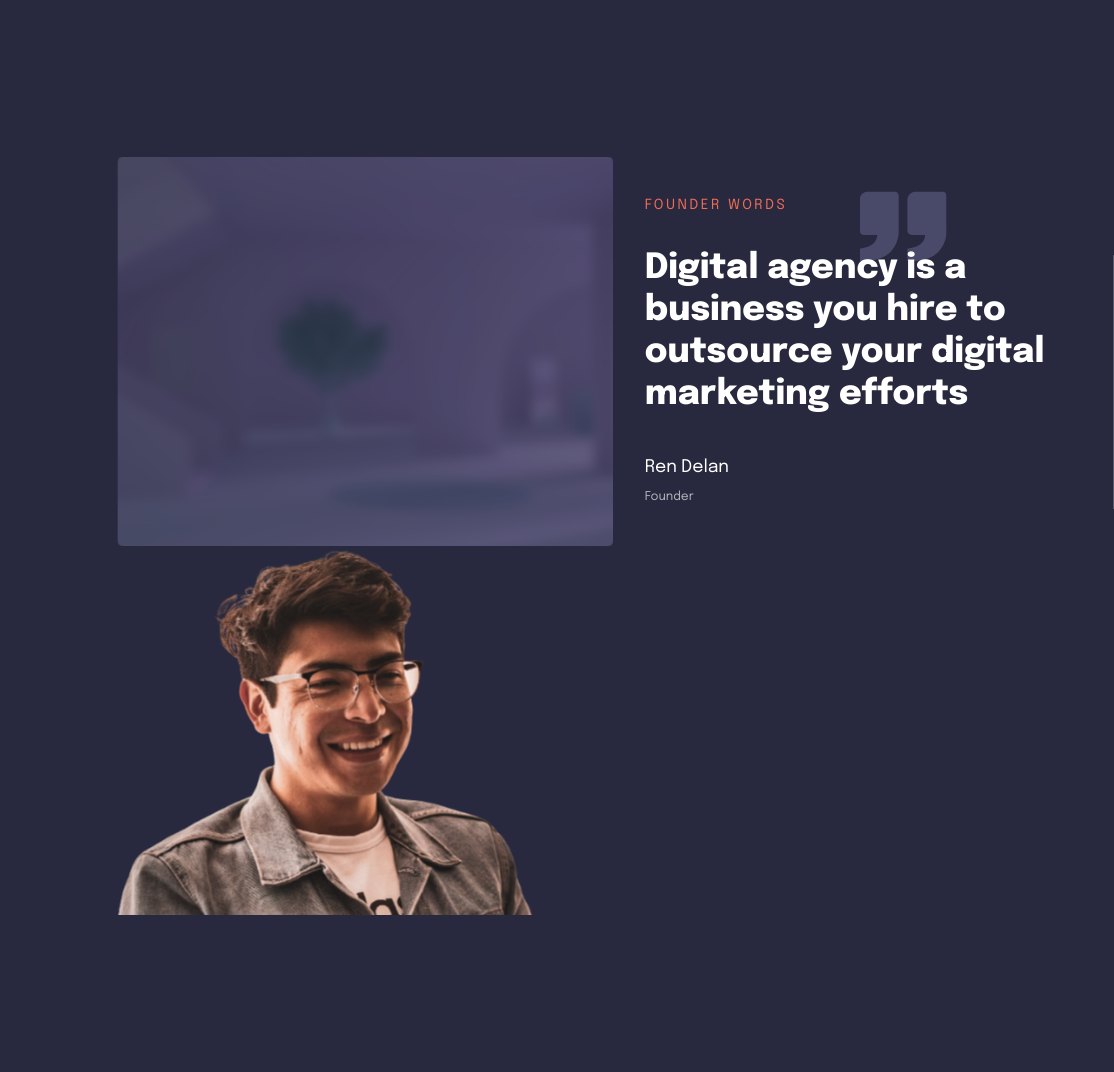
Repository: NatiqSamiyev/image-task
Page: founderWords/index.html
The author's editor kept a copy of each file at every save. The page is drawn from the files as they stood at one save, then again after a run of saves.
The browser window is 1280 px wide. The pictures show the whole page, at 87% of full size.

Above is the page before, as saved 2023-09-02 15:38:01.

After the next 2 saves:
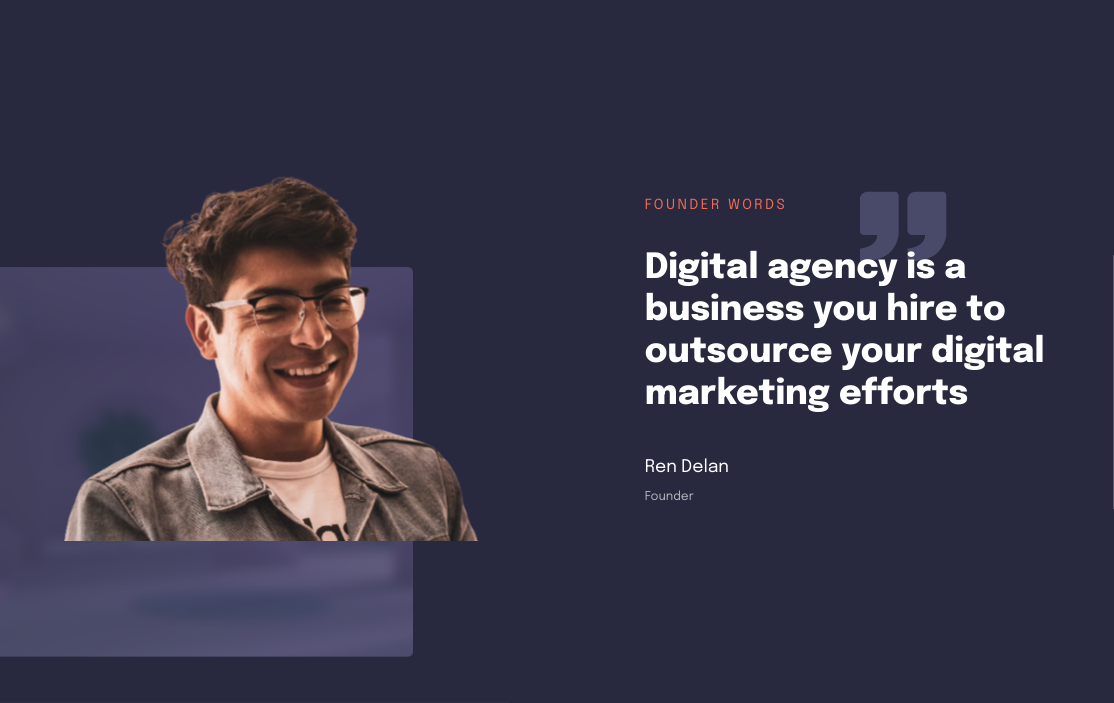
The 2 saves are shown as one change because they came seconds apart.
The last was saved 16 s later.
--- a/founderWords/index.css
+++ b/founderWords/index.css
@@ -17,13 +17,13 @@
   width: 40%;
 }
 
-.founder-words-container .left-container .image {
+.founder-words-container .left-container .image-1 {
   width: 570px;
   height: 448px;
   position: relative;
 }
 
-.founder-words-container .left-container div img {
+.founder-words-container .left-container img {
   width: 477px;
   height: 420px;
   position: absolute;
